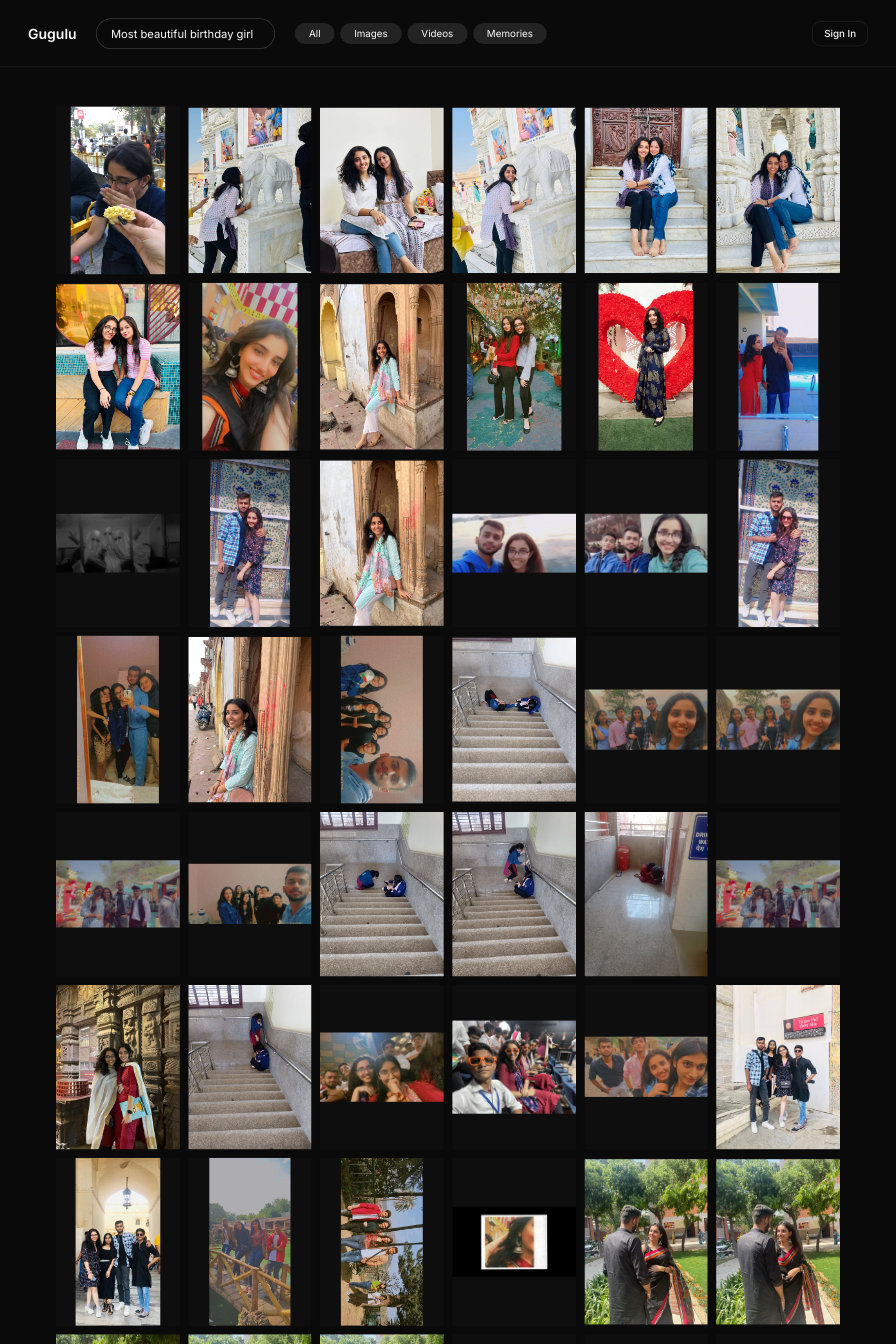
Repository: Harshgoel17/anshfinal
Page: /srishti/images
The author's editor kept a copy of each file at every save. The page is drawn from the files as they stood at one save, then again after the next save.
The browser window is 1280 px wide. The pictures show the part of the page from y = 0 to 1920 px (the page is 3962 px tall), at 70% of full size.
The project was rebuilt for these pictures with package versions that can differ from the ones it lists, and the page was loaded fresh each time. The framework's server and built-in components were replaced by stand-ins that run in the browser. Also part of the build but not shown: next.config.js.

Above is the page before, as saved 2023-10-06 16:54:07.

### app/layout.js
import "./globals.css";
import { Inter } from "next/font/google";

const inter = Inter({ subsets: ["latin"] });

export const metadata = {
  title: "Gugulu",
  description: "Generated by create next app",
};

export default function RootLayout({ children }) {
  return (
    <html lang="en">
      <body className={inter.className}>{children}</body>
    </html>
  );
}

### app/srishti/images/page.jsx
import Navbar from '@/components/Navbar';
import React from 'react';

const Page = () => {
  const imageList = Array.from({ length: 90 }, (_, index) => index + 1); // Generate numbers from 1 to 90

  return (
    <div className='overflow-x-hidden'>
      <Navbar />

      <div className='py-14 px-20 grid grid-cols-6 w-full gap-3 overflow-x-hidden'>
        {imageList.map((imageNumber) => (
          <span
            key={imageNumber}
            className='bg-neutral-900/30 w-full min-h-32 max-h-60 overflow-hidden flex items-center justify-center'
          >
            <img src={`/images/${imageNumber}.jpg`} alt={`Image ${imageNumber}`} className='max-h-60' />
          </span>
        ))}
      </div>
    </div>
  );
};

export default Page;

### app/globals.css
@tailwind base;
@tailwind components;
@tailwind utilities;

@layer base {
  :root {
    --background: 0 0% 3.9%;
    --foreground: 0 0% 98%;

    --card: 0 0% 3.9%;
    --card-foreground: 0 0% 98%;

    --popover: 0 0% 3.9%;
    --popover-foreground: 0 0% 98%;

    --primary: 0 0% 98%;
    --primary-foreground: 0 0% 9%;

    --secondary: 0 0% 14.9%;
    --secondary-foreground: 0 0% 98%;

    --muted: 0 0% 14.9%;
    --muted-foreground: 0 0% 63.9%;

    --accent: 0 0% 14.9%;
    --accent-foreground: 0 0% 98%;

    --destructive: 0 62.8% 30.6%;
    --destructive-foreground: 0 0% 98%;

    --border: 0 0% 14.9%;
    --input: 0 0% 14.9%;
    --ring: 0 0% 83.1%;
  }

  .dark {
    --background: 0 0% 3.9%;
    --foreground: 0 0% 98%;

    --card: 0 0% 3.9%;
    --card-foreground: 0 0% 98%;

    --popover: 0 0% 3.9%;
    --popover-foreground: 0 0% 98%;

    --primary: 0 0% 98%;
    --primary-foreground: 0 0% 9%;

    --secondary: 0 0% 14.9%;
    --secondary-foreground: 0 0% 98%;

    --muted: 0 0% 14.9%;
    --muted-foreground: 0 0% 63.9%;

    --accent: 0 0% 14.9%;
    --accent-foreground: 0 0% 98%;

    --destructive: 0 62.8% 30.6%;
    --destructive-foreground: 0 0% 98%;

    --border: 0 0% 14.9%;
    --input: 0 0% 14.9%;
    --ring: 0 0% 83.1%;
  }
}

@layer base {
  * {
    @apply border-border;
  }
  body {
    @apply bg-background text-foreground;
  }
}

### components/Navbar.jsx
import React from 'react'
import { Button } from "@/components/ui/button";

const Navbar = () => {
  return (
    <div className='flex h-24 w-screen items-center justify-between border-b px-10'>
        <div className='flex gap-7 items-center'>
            <h1 className='text-xl font-semibold'>Gugulu</h1>
            <input type="text" className="bg-background border border-foreground/20 rounded-full h-11 w-[20vw] px-5" value={'Most beautiful birthday girl'}/>

            <div className='flex items-center justify-center gap-2 text-sm'>
                <a href='/srishti' className='rounded-full bg-foreground/10 px-5 py-[5px] cursor-pointer'>All</a>
                <a href='/srishti/images' className='rounded-full bg-foreground/10 px-5 py-[5px] cursor-pointer'>Images</a>
                <a href='/srishti/videos' className='rounded-full bg-foreground/10 px-5 py-[5px] cursor-pointer'>Videos</a>
                <a href='/srishti/memories' className='rounded-full bg-foreground/10 px-5 py-[5px] cursor-pointer'>Memories</a>
            </div>
        </div>
        <div className='flex items-center gap-6'>
            <Button variant="outline" className="rounded-xl" >Sign In</Button>
        </div>
    </div>
  )
}

export default Navbar

### components/ui/button.jsx
import * as React from "react"
import { Slot } from "@radix-ui/react-slot"
import { cva } from "class-variance-authority";

import { cn } from "@/lib/utils"

const buttonVariants = cva(
  "inline-flex items-center justify-center rounded-md text-sm font-medium transition-colors focus-visible:outline-none focus-visible:ring-1 focus-visible:ring-ring disabled:pointer-events-none disabled:opacity-50",
  {
    variants: {
      variant: {
        default:
          "bg-primary text-primary-foreground shadow hover:bg-primary/90",
        destructive:
          "bg-destructive text-destructive-foreground shadow-sm hover:bg-destructive/90",
        outline:
          "border border-input bg-transparent shadow-sm hover:bg-accent hover:text-accent-foreground",
        secondary:
          "bg-secondary text-secondary-foreground shadow-sm hover:bg-secondary/80",
        ghost: "hover:bg-accent hover:text-accent-foreground",
        link: "text-primary underline-offset-4 hover:underline",
      },
      size: {
        default: "h-9 px-4 py-2",
        sm: "h-8 rounded-md px-3 text-xs",
        lg: "h-10 rounded-md px-8",
        icon: "h-9 w-9",
      },
    },
    defaultVariants: {
      variant: "default",
      size: "default",
    },
  }
)

const Button = React.forwardRef(({ className, variant, size, asChild = false, ...props }, ref) => {
  const Comp = asChild ? Slot : "button"
  return (
    (<Comp
      className={cn(buttonVariants({ variant, size, className }))}
      ref={ref}
      {...props} />)
  );
})
Button.displayName = "Button"

export { Button, buttonVariants }

Loaded but not shown: lib/utils.js (common file); tailwind.config.js (common file)

After the next save:
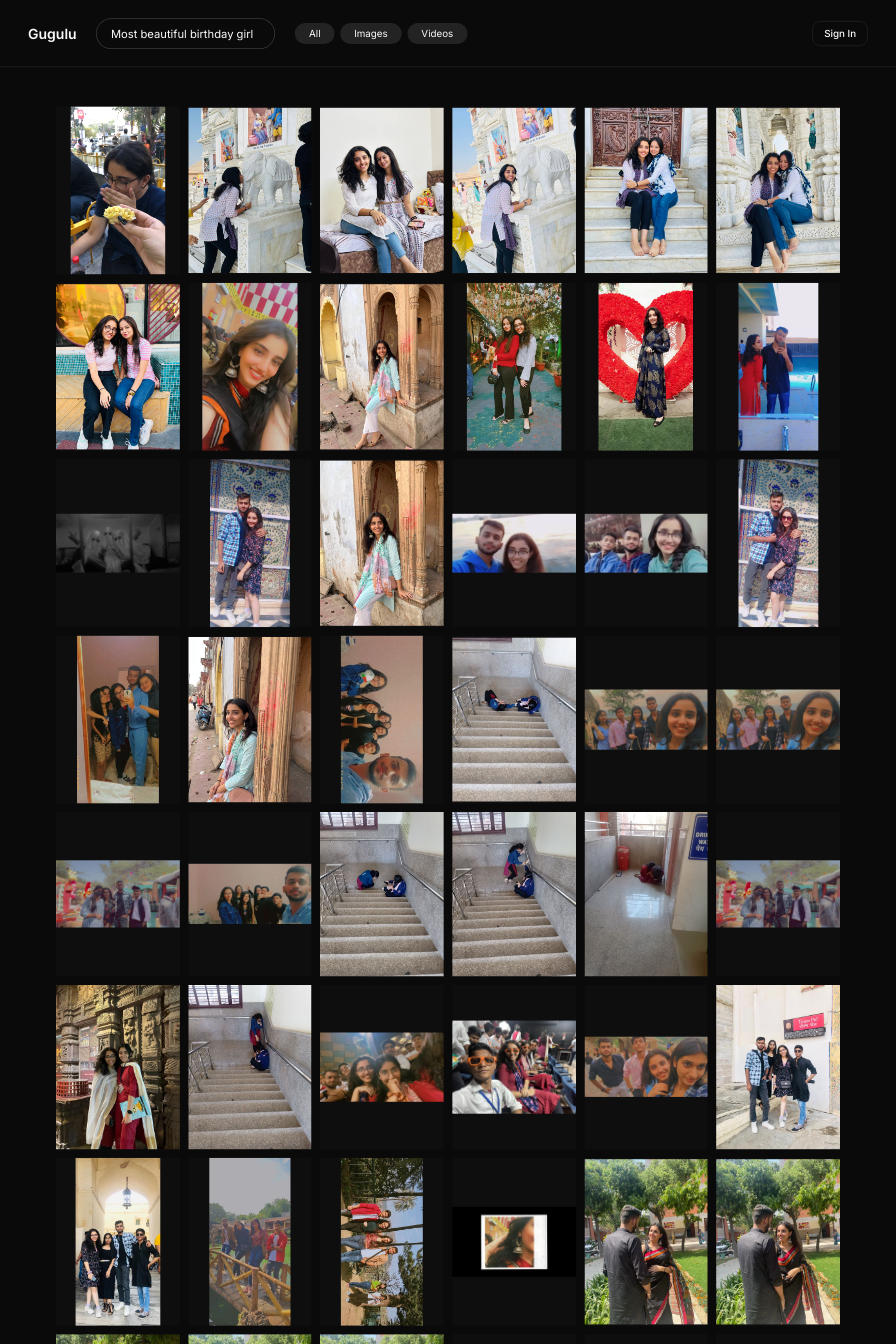
Saved 25 s later.
--- a/components/Navbar.jsx
+++ b/components/Navbar.jsx
@@ -12,7 +12,7 @@ const Navbar = () => {
                 <a href='/srishti' className='rounded-full bg-foreground/10 px-5 py-[5px] cursor-pointer'>All</a>
                 <a href='/srishti/images' className='rounded-full bg-foreground/10 px-5 py-[5px] cursor-pointer'>Images</a>
                 <a href='/srishti/videos' className='rounded-full bg-foreground/10 px-5 py-[5px] cursor-pointer'>Videos</a>
-                <a href='/srishti/memories' className='rounded-full bg-foreground/10 px-5 py-[5px] cursor-pointer'>Memories</a>
+                {/* <a href='/srishti/memories' className='rounded-full bg-foreground/10 px-5 py-[5px] cursor-pointer'>Memories</a> */}
             </div>
         </div>
         <div className='flex items-center gap-6'>
